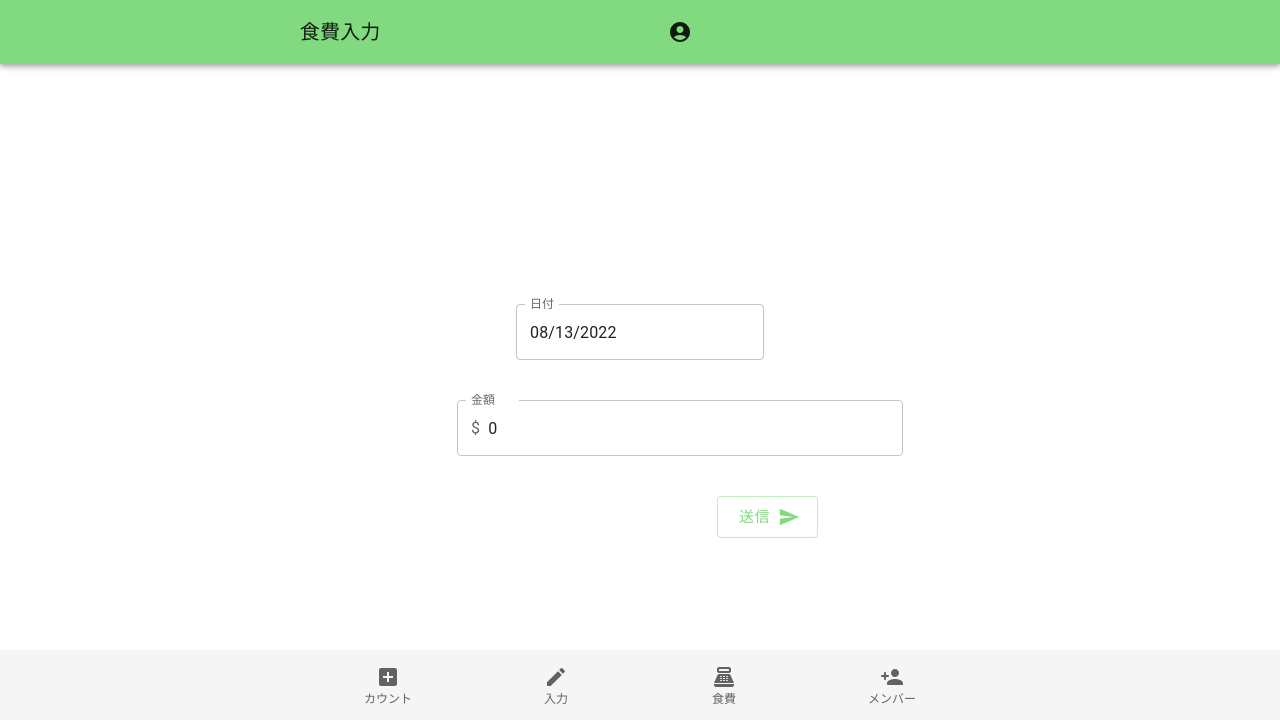
Repository: motohiro0410/motsufood
Page: /users/100/input (app in frontend/)
The author's editor kept a copy of each file at every save. The page is drawn from the files as they stood at one save, then again after the next save.
The browser window is 1280 px wide. The pictures show the whole page.
The page's requests for data from a server got no answer. The project was rebuilt for these pictures with package versions that can differ from the ones it lists, and the page was loaded fresh each time. No one was signed in, and anything a server would have sent is missing. Also part of the build but not shown: frontend/src/components/pages/Login.tsx, frontend/src/components/pages/Count.tsx, frontend/src/components/pages/Money.tsx, frontend/src/components/organisms/SignInHeader.tsx, frontend/src/components/pages/SignIn.tsx, frontend/src/components/pages/Page404.tsx.

Above is the page before, as saved 2022-08-16 12:07:39.

### frontend/src/App.tsx
import { BrowserRouter } from "react-router-dom";

import { Router } from "./router/Router";
import { ThemeProvider } from '@mui/system';
import { theme } from './theme/theme';

import { AdapterDateFns } from '@mui/x-date-pickers/AdapterDateFns';
import { LocalizationProvider } from '@mui/x-date-pickers/LocalizationProvider';
import { HeaderProvider } from "./providers/HeaderProvider"

function App() {
  return (
    <LocalizationProvider dateAdapter={AdapterDateFns}>
      <ThemeProvider theme={theme}>
        <HeaderProvider>
          <BrowserRouter>
            <Router />
          </BrowserRouter>
        </HeaderProvider>
      </ThemeProvider>
    </LocalizationProvider>
  );
}

export default App;

### frontend/src/router/Router.tsx
import { FC, memo } from "react";
import { Switch, Route } from "react-router-dom";

import { Login } from "../components/pages/Login";
import { Count } from "../components/pages/Count";
import { Money } from "../components/pages/Money";
import { Users } from "../components/pages/Users";
import { SignIn } from "../components/pages/SignIn";
import { Page404 } from "../components/pages/Page404";

import { InputFoodExpence } from "../components/pages/InputFoodExpence";

export const Router: FC = memo(() => {
  return (
    <Switch>
      <Route exact path="/">
        <Login />
      </Route>
      <Route path="/signin">
        <SignIn />
      </Route>
      <Route path="/users/:userId/count">
        <Count />
      </Route>
      <Route path="/users/:userId/money">
        <Money />
      </Route>
      <Route path="/users/:userId/input">
        <InputFoodExpence />
      </Route>
      <Route path="/users">
        <Users />
      </Route>
      <Route path="*">
        <Page404 />
      </Route>
    </Switch>
  )
})

### frontend/src/theme/theme.ts
import { createTheme } from "@mui/material"

export const theme = createTheme({
  palette: {
    primary: {
      main: "#81da7f"
    }
  }
});

### frontend/src/providers/HeaderProvider.tsx
import { createContext } from "react";

export const HeaderContext = createContext<Context[]>({} as Context[]);

export type Context = {
  title: string;
}

export const HeaderProvider = (props: any) => {
  const { children } = props;
  const contextName: Context[] = [
    {title: "ホーム"},
    {title: "食費入力"},
    {title: "支払い"},
    {title: "ユーザー編集"},
  ]



  return (
    <HeaderContext.Provider value={contextName}>
      {children}
    </HeaderContext.Provider>
  )
}

### frontend/src/components/pages/InputFoodExpence.tsx
import React, { FC, memo, useState, useContext } from "react";
import { useParams } from "react-router-dom";

import { Grid } from "@mui/material"
import InputLabel from '@mui/material/InputLabel';
import FormControl from '@mui/material/FormControl';
import OutlinedInput from '@mui/material/OutlinedInput';
import InputAdornment from '@mui/material/InputAdornment';
import Button from '@mui/material/Button';
import SendIcon from '@mui/icons-material/Send';
import TextField from '@mui/material/TextField';
import { AdapterDateFns } from '@mui/x-date-pickers/AdapterDateFns';
import { LocalizationProvider } from '@mui/x-date-pickers/LocalizationProvider';
import { DatePicker } from '@mui/x-date-pickers/DatePicker';

import { Footer } from '../organisms/Footer';
import { MainHeader } from "../organisms/MainHeader";
import { HeaderContext } from '../../providers/HeaderProvider';
import { UserDetailModal } from "../organisms/UserDetailModal";


export const InputFoodExpence: FC = memo(() => {
  // モーダルの開閉
  const [open, setOpen] = useState(false);
  const handleOpen = () => setOpen(true);
  const handleClose = () => setOpen(false);

  const userId = useParams<number>();

  // ヘッダータイトルの変更
  const contexts = useContext(HeaderContext);

  // 日付選択
  const [value, setValue] = useState<Date | null>(new Date());

  // inputの入力値を取得
  const [amount, setAmount] = useState(0);
  const [totalamount, setTotalamount] = useState(0);
  const onChangeAmount= (e: React.ChangeEvent<HTMLInputElement>) =>{
    setAmount(Number(e.target.value))
  } ;

  // 送信ボタンで値を送信
  const onClickSubmit = () => {
    const newTotalAmount = totalamount + amount;
    setTotalamount(newTotalAmount);
    setAmount(0);
  }

  return (
    <>
      <MainHeader title={contexts[1].title} handleOpen={handleOpen} userId={userId} />

      <Grid container direction="column" alignItems="center" mt={30}>
        <Grid item >
          <LocalizationProvider dateAdapter={AdapterDateFns}>
            <DatePicker
                label="日付"
                value={value}
                onChange={(newValue) => {
                  setValue(newValue);
                }}
                renderInput={(params) => <TextField {...params} helperText={null} />}
              />
          </LocalizationProvider>
        </Grid>

          <Grid item>
            <FormControl fullWidth sx={{ m: 5 }}>
              <InputLabel htmlFor="outlined-adornment-amount">金額</InputLabel>
              <OutlinedInput
                id="outlined-adornment-amount"
                startAdornment={<InputAdornment position="start">$</InputAdornment>}
                label="Amount"
                value={amount}
                onChange={onChangeAmount}
                type="number"
              />
            </FormControl>
            <Button
              onClick={onClickSubmit} type="submit" variant="outlined" size="large" endIcon={<SendIcon />} sx={{left: 300}}>
              送信
            </Button>
          </Grid>
        </Grid>
      <Footer />
      <UserDetailModal open={open} handleClose={handleClose} />
    </>

  )
})

### frontend/src/components/organisms/Footer.tsx
import React, { FC, memo } from "react";

import Box from '@mui/material/Box';
import BottomNavigation from '@mui/material/BottomNavigation';
import BottomNavigationAction from '@mui/material/BottomNavigationAction';
import AddBoxIcon from '@mui/icons-material/AddBox';
import ModeEditRoundedIcon from '@mui/icons-material/ModeEditRounded';
import PointOfSaleRoundedIcon from '@mui/icons-material/PointOfSaleRounded';
import PersonAddRoundedIcon from '@mui/icons-material/PersonAddRounded';
import { grey } from '@mui/material/colors';

export const Footer: FC = memo(() => {

  return (
    <Box sx={{ width: '100%', position: 'fixed', bottom: 0 }}
    >
      <BottomNavigation
        showLabels
        sx={{bgcolor: grey[100], height: 70 }}
      >
        <BottomNavigationAction href="/users/100/Count" label="カウント" icon={<AddBoxIcon />} />
        <BottomNavigationAction href="/users/100/input" label="入力" icon={<ModeEditRoundedIcon />} />
        <BottomNavigationAction href="/users/100/money" label="食費" icon={<PointOfSaleRoundedIcon />} />
        <BottomNavigationAction href="/users" label="メンバー" icon={<PersonAddRoundedIcon />} />
      </BottomNavigation>
    </Box>
  );
})

### frontend/src/components/organisms/MainHeader.tsx
import { FC } from "react";

import AppBar from '@mui/material/AppBar';
import Box from '@mui/material/Box';
import Toolbar from '@mui/material/Toolbar';
import Typography from '@mui/material/Typography';
import IconButton from '@mui/material/IconButton';
import AccountCircle from '@mui/icons-material/AccountCircle';


type Context = {
  title: string;
  handleOpen: () => void;
  userId: number
}


export const MainHeader: FC<Context> = (props) => {

  const { title, handleOpen, userId } = props;

  return (
    <Box>
      <AppBar position="static" >
        <Toolbar>
          <Typography textAlign="center" variant="h6" component="div" sx={{ flexGrow: 1}}>
            {title}
          </Typography>
            <IconButton
              size="large"
              aria-label="account of current user"
              aria-controls="menu-appbar"
              aria-haspopup="true"
              color="inherit"
              onClick={handleOpen}
            >
              <AccountCircle  />
            </IconButton>
            <Typography textAlign="center" variant="h6" component="div" sx={{ flexGrow: 1}}>
          </Typography>
        </Toolbar>
      </AppBar>
    </Box>
  )
}

### frontend/src/components/organisms/UserDetailModal.tsx
import { FC, memo } from "react";

import { Stack, FormControl, FormLabel, Input } from "@mui/material";
import Box from '@mui/material/Box';
import Modal from '@mui/material/Modal';

type Props = {
  handleClose: () => void;
  open: boolean;
}

export const UserDetailModal: FC<Props> = memo((props) => {
  const { open, handleClose } = props;

  const style = {
    position: 'absolute' as 'absolute',
    top: '50%',
    left: '50%',
    transform: 'translate(-50%, -50%)',
    width: "70%",
    bgcolor: 'background.paper',
    border: '2px solid #000',
    boxShadow: 24,
    p: 4,
  };

  return (
    <div>
    <Modal
      open={open}
      onClose={handleClose}
      aria-labelledby="modal-modal-title"
      aria-describedby="modal-modal-description"
    >
      <Box sx={style}>
        <Stack spacing={4}>
          <FormControl>
            <FormLabel>名前</FormLabel>
            <Input></Input>
          </FormControl>
          <FormControl>
            <FormLabel>email</FormLabel>
            <Input></Input>
          </FormControl>
          <FormControl>
            <FormLabel>password</FormLabel>
            <Input></Input>
          </FormControl>
        </Stack>
      </Box>
    </Modal>
  </div>
  )
})

### frontend/src/components/pages/Users.tsx
import { FC, memo, useState, useEffect } from "react";

import { GroupHeader } from "../organisms/GroupHeader";
import { Footer } from "../organisms/Footer";
import { Grid, Typography, Card, Stack, Avatar, CardContent, Button, CircularProgress, Box } from "@mui/material"
import { UserDetailModal } from "../organisms/UserDetailModal";
import { useAllUsers } from "../../apis/useAllUsers";
import { useDleteUser } from "../../apis/useDeleteUser";

export const Users: FC = memo((match) => {
    // モーダルの開閉
    const [open, setOpen] = useState(false);
    const handleOpen = () => setOpen(true);
    const handleClose = () => setOpen(false);

    // ユーザー一覧取得
    const { getUsers, loading, users } = useAllUsers();
    useEffect(() => getUsers(), [])
    // ユーザー削除
    const { deleteUser } = useDleteUser();
    useEffect(() => console.log(match))

  return (
    <>
      {loading ? (
        <Box textAlign="center" sx={{ mt: "50%" }}>
          <CircularProgress />
        </Box>
      ) : (
        <>
          <GroupHeader  handleOpen={handleOpen} />
          <Grid container justifyContent="center" spacing={3} sx={{ mt: 20 }} wrap="wrap" >
            {users.map((user) => (
              <Grid item xs={3} sm={3} key={user.id}>
                <Card sx={{ height: 150 }}>
                  <Stack alignItems="center" direction="column">
                    <Avatar sx={{mt: 2}}>H</Avatar>
                    <CardContent>
                      <Typography>
                        {user.name}
                      </Typography>
                    </CardContent>
                    <Button variant="text" size="small" onClick={deleteUser}>削除</Button>
                  </Stack>
                </Card>
              </Grid>
            ))}
          </Grid>
          <Footer />
          <UserDetailModal open={open} handleClose={handleClose} />
        </>
      )}
    </>
  )
})

### frontend/src/components/organisms/GroupHeader.tsx
import { FC, memo } from "react";

import AppBar from '@mui/material/AppBar';
import Box from '@mui/material/Box';
import Toolbar from '@mui/material/Toolbar';
import Typography from '@mui/material/Typography';
import AddCircleOutlineIcon from '@mui/icons-material/AddCircleOutline';
import IconBuuton from '@mui/material/IconButton';
import IconButton from '@mui/material/IconButton';
import AccountCircle from '@mui/icons-material/AccountCircle';

type Props = {
  handleOpen: () => void
}

export const GroupHeader: FC<Props> = memo((props) => {
  const { handleOpen } = props;

  return (
    <Box>
      <AppBar position="static"  >
        <Toolbar>
        <IconBuuton>
            <AddCircleOutlineIcon fontSize="large" />
          </IconBuuton>
          <Typography textAlign="center" variant="h6" component="div" sx={{ flexGrow: 1}}>
            メンバー一覧
          </Typography>
          <IconButton
              size="large"
              aria-label="account of current user"
              aria-controls="menu-appbar"
              aria-haspopup="true"
              color="inherit"
              onClick={handleOpen}
            >
              <AccountCircle  />
            </IconButton>
        </Toolbar>
      </AppBar>
    </Box>
  )
})

### frontend/src/apis/useAllUsers.ts
import axios from 'axios';
import { useCallback, useState } from 'react';

import { usersIndex } from '../urls/Url'

export type User = {
    id: number,
    name: string,
    email: string,
    created_at: string,
    update_at: string,
  }


export const useAllUsers = () => {

  const [loading, setLoading] = useState(false)
  const [users, setUsers] = useState<User[]>([])

  const getUsers = useCallback(() => {
    setLoading(true)
    axios.get<User[]>(usersIndex)
      .then((res) => setUsers(res.data))
      // 本来はバリデーションエラーメッセージなどを表示
      .catch((e) => alert("ユーザー取得に失敗しました")
      )
      .finally(() => setLoading(false))
    }, [setUsers, setLoading]);

    return { getUsers, loading, users }
}

### frontend/src/apis/useDeleteUser.ts
import axios from 'axios';
import { useCallback, useState } from 'react';

import { userDestroy } from '../urls/Url'

export type User = {
    id: number,
    name: string,
    email: string,
    created_at: string,
    update_at: string,
  }


export const useDleteUser = () => {

  const [loading, setLoading] = useState(false)
  const [users, setUsers] = useState<User[]>([])

  const deleteUser = useCallback((id: any) => {
    setLoading(true)
    axios.delete<User[]>(userDestroy(id))
      .then((res) => {
        console.log(res.data)
        // res.data.splice(id, 1)
        // setUsers(res.data)
      })
      // 本来はバリデーションエラーメッセージなどを表示
      .catch((e) => console.log(e)
      )
      .finally(() => setLoading(false))
    }, [setUsers, setLoading]);

    return { deleteUser, loading, users }
}

### frontend/src/urls/Url.ts
export const DEFAULT_API_LOCALHOST = 'http://localhost:3000/api/v1'

export const usersIndex = `${DEFAULT_API_LOCALHOST}/users`
export const userDestroy = (id: number) => `${DEFAULT_API_LOCALHOST}/users/${id}`
export const moneyCreate = (userId: number) => `${DEFAULT_API_LOCALHOST}/users/${userId}/money`
export const notEatingCountCreate = (userId: number) => `${DEFAULT_API_LOCALHOST}/users/${userId}/count`
export const inputCreate = (userId: number) => `${DEFAULT_API_LOCALHOST}/users/${userId}/input`

Loaded but not shown: frontend/public/index.html (common file); frontend/src/index.tsx (common file); frontend/src/index.css (common file); frontend/src/reportWebVitals.ts (common file)

After the next save:
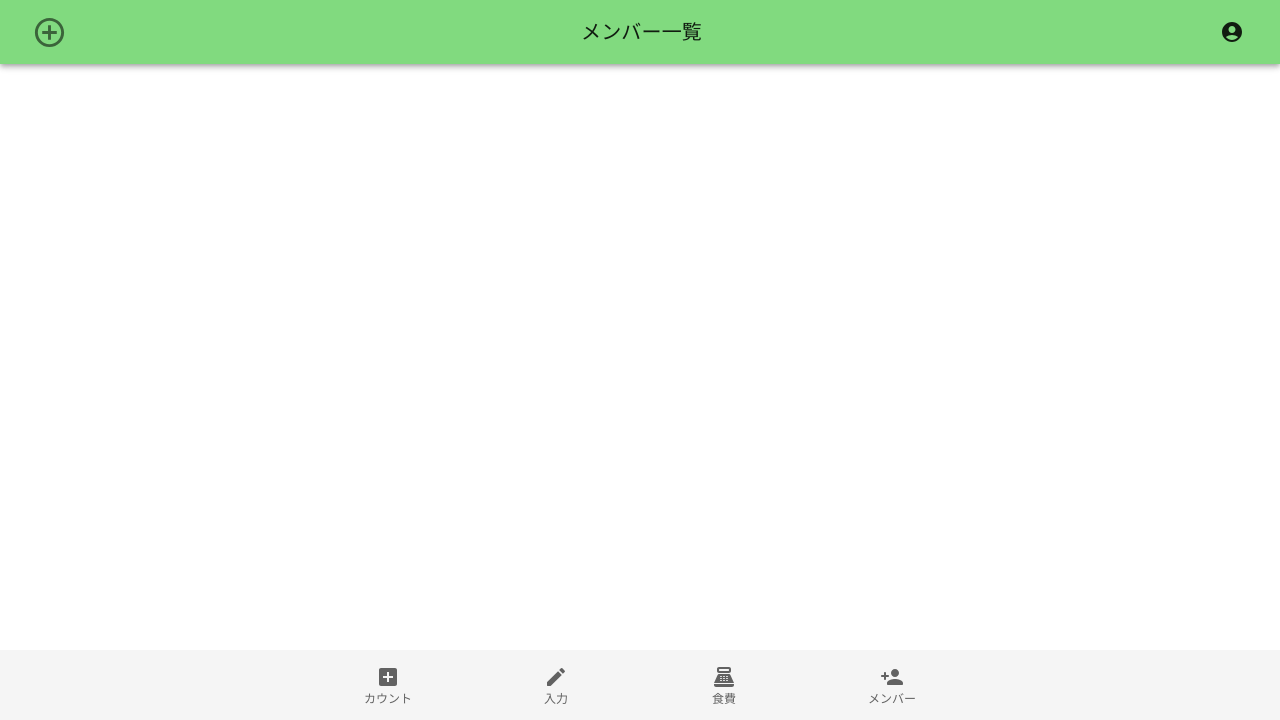
Saved 4 min 40 s later.
--- a/frontend/src/router/Router.tsx
+++ b/frontend/src/router/Router.tsx
@@ -19,18 +19,24 @@
       <Route path="/signin">
         <SignIn />
       </Route>
-      <Route path="/users/:userId/count">
-        <Count />
-      </Route>
-      <Route path="/users/:userId/money">
-        <Money />
-      </Route>
-      <Route path="/users/:userId/input">
-        <InputFoodExpence />
-      </Route>
-      <Route path="/users">
-        <Users />
-      </Route>
+      <Route path="/users"
+        render={(props)=>(
+          <Switch>
+            <Route path="/users">
+              <Users />
+            </Route>
+            <Route path="/users/:userId/count">
+              <Count />
+            </Route>
+            <Route path="/users/:userId/money">
+              <Money />
+            </Route>
+            <Route path="/users/:userId/input">
+              <InputFoodExpence />
+            </Route>
+          </Switch>
+        )}
+      />
       <Route path="*">
         <Page404 />
       </Route>

After the save that followed:
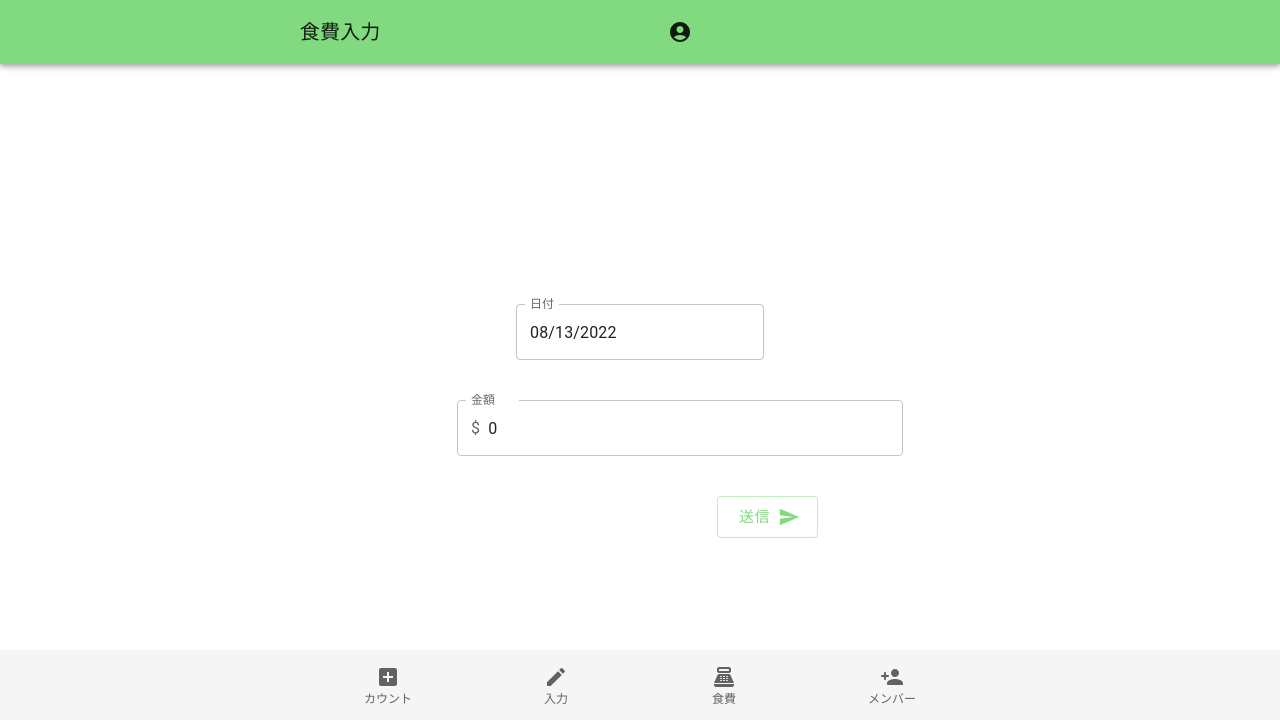
Saved 43 s later.
--- a/frontend/src/router/Router.tsx
+++ b/frontend/src/router/Router.tsx
@@ -22,7 +22,7 @@
       <Route path="/users"
         render={(props)=>(
           <Switch>
-            <Route path="/users">
+            <Route exact path="/users">
               <Users />
             </Route>
             <Route path="/users/:userId/count">
